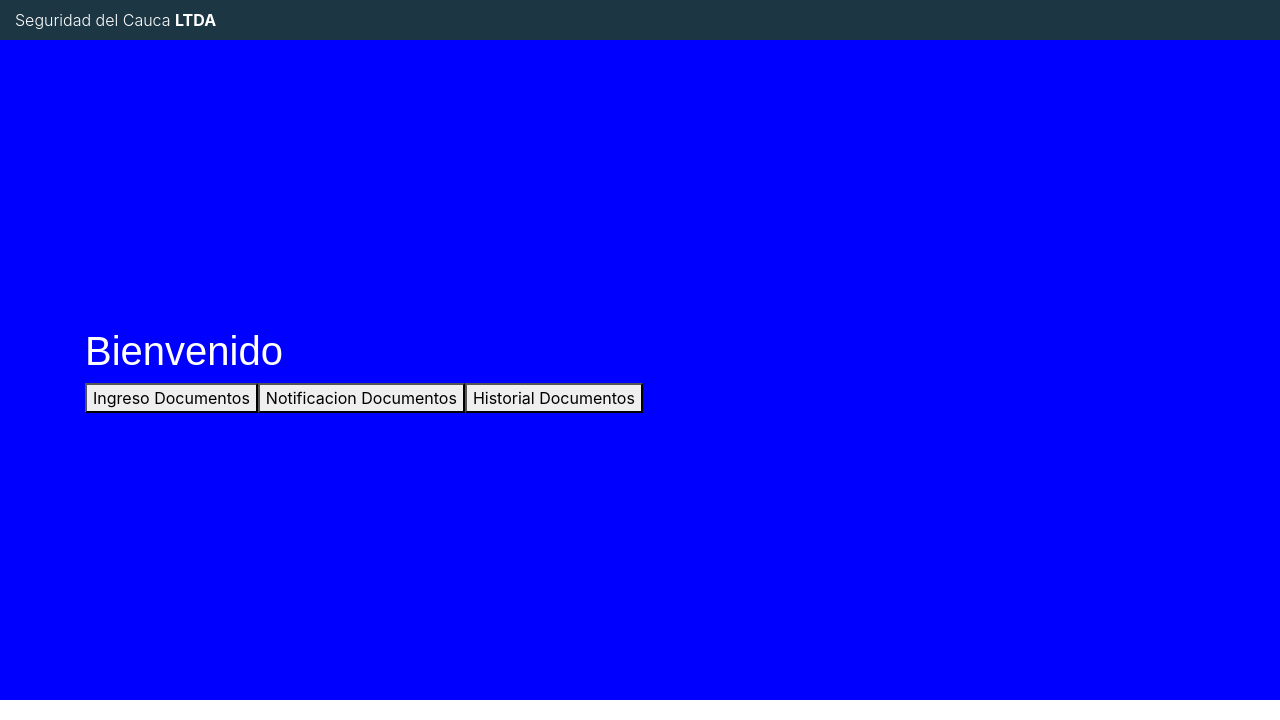
Repository: CristianPalta1/pages_react
Page: /Dashboard
The author's editor kept a copy of each file at every save. The page is drawn from the files as they stood at one save, then again after a run of saves.
The browser window is 1280 px wide. The pictures show the whole page.
The project was rebuilt for these pictures with package versions that can differ from the ones it lists, and the page was loaded fresh each time. Also part of the build but not shown: src/components/Forms.jsx, src/pages/Inicio.jsx, src/pages/IngresoDoc.jsx, src/pages/NotifiDoc.jsx, src/components/Registros.jsx, src/components/styles/BadgesList.css, src/components/BadgeList.jsx, src/components/styles/Badges.css and 3 more.

Above is the page before, as saved 2019-08-25 14:18:55.

After the next 2 saves:
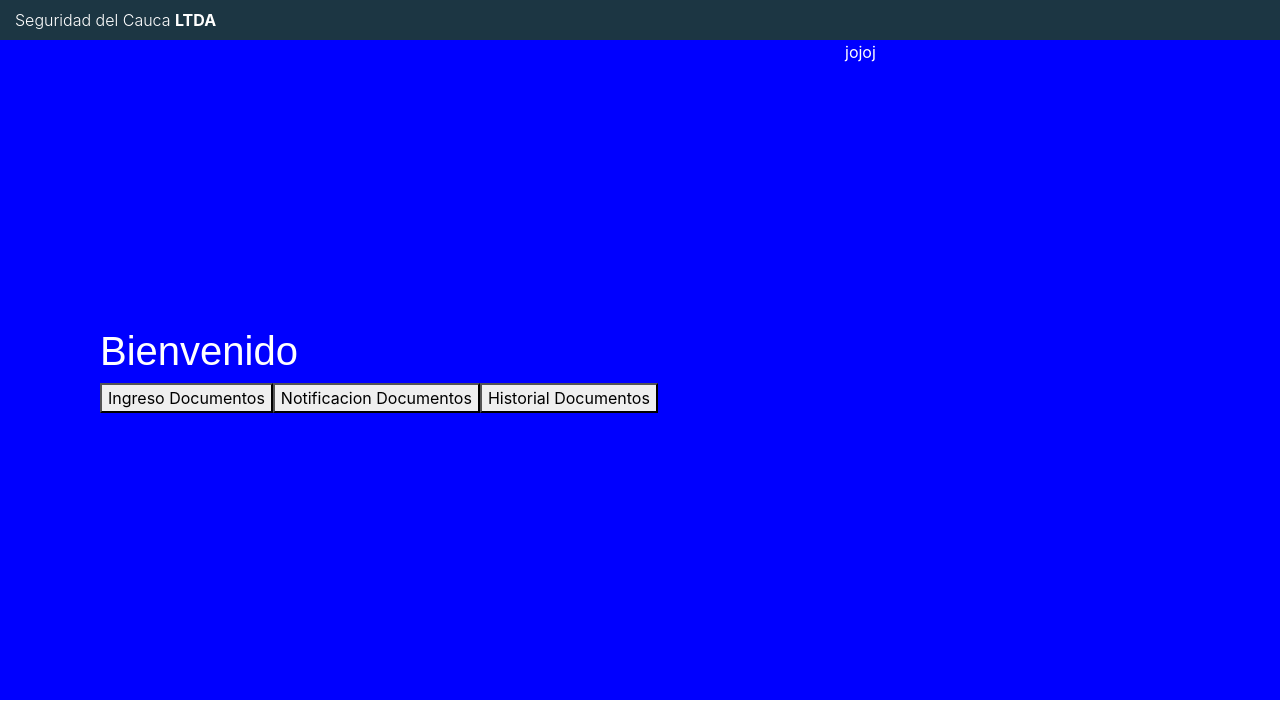
The 2 saves are shown as one change because 1 did not build or start.
The last was saved 40 s later.
--- a/src/pages/Dashboard.jsx
+++ b/src/pages/Dashboard.jsx
@@ -26,9 +26,18 @@ class Dashboard extends Component {
 
       render() {
         return (
-          <div>
-            <Container/>
+          <div className="Home">
+        <div className="container">
+          <div className="row">
+            <div className="col-8">
+              <Container/>
+            </div>
+            <div className="col-4">
+              jojoj
+            </div>
           </div>
+        </div>
+      </div>
 
         );
     }
